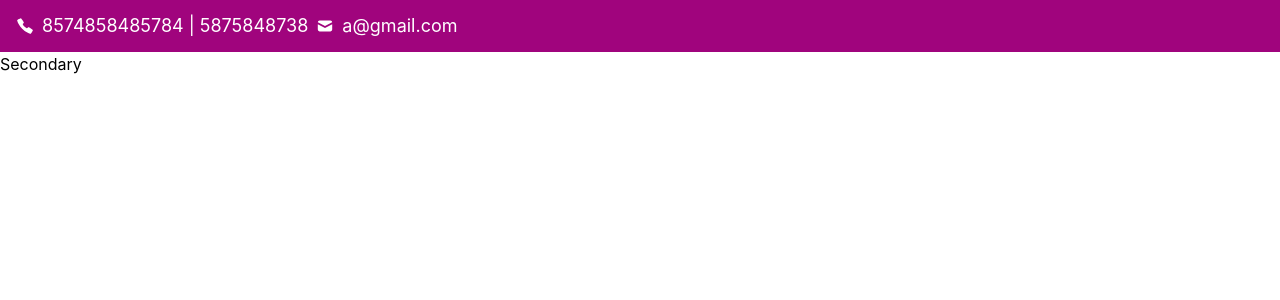
Repository: Sushant203/react-training-
Page: /
These files come from the project's save history. The page is drawn as it stood at one moment and after the next save; the edit follows.
The browser window is 1280 px wide. The pictures show the whole page.
The project was rebuilt for these pictures with package versions that can differ from the ones it lists, and the page was loaded fresh each time. Also part of the build but not shown: src/App.css, src/components/LowerNav.jsx, src/components/UpperNav.jsx.

Above is the page before, as saved 2022-12-19 09:31:07.

After the next save:
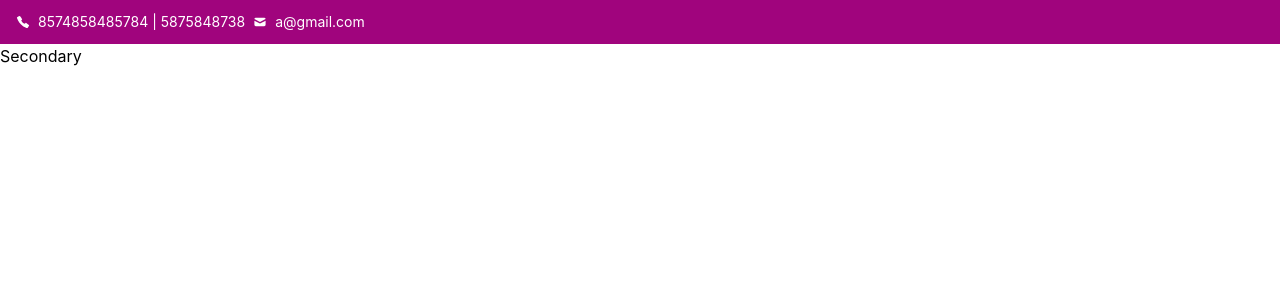
Saved 11 s later.
--- a/src/components/Naviagtion/Toolbar/header.jsx
+++ b/src/components/Naviagtion/Toolbar/header.jsx
@@ -4,7 +4,7 @@ import { HiMail } from "react-icons/hi";
 function Header() {
   return (
     <div className="py-3 px-4 bg-mainColor w-full flex items-center">
-      <div className="flex gap-2 text-lg text-white">
+      <div className="flex gap-2 text-sm text-white">
         <div className="flex gap-2  items-center">
           <IoCallSharp />
           8574858485784 | 5875848738
